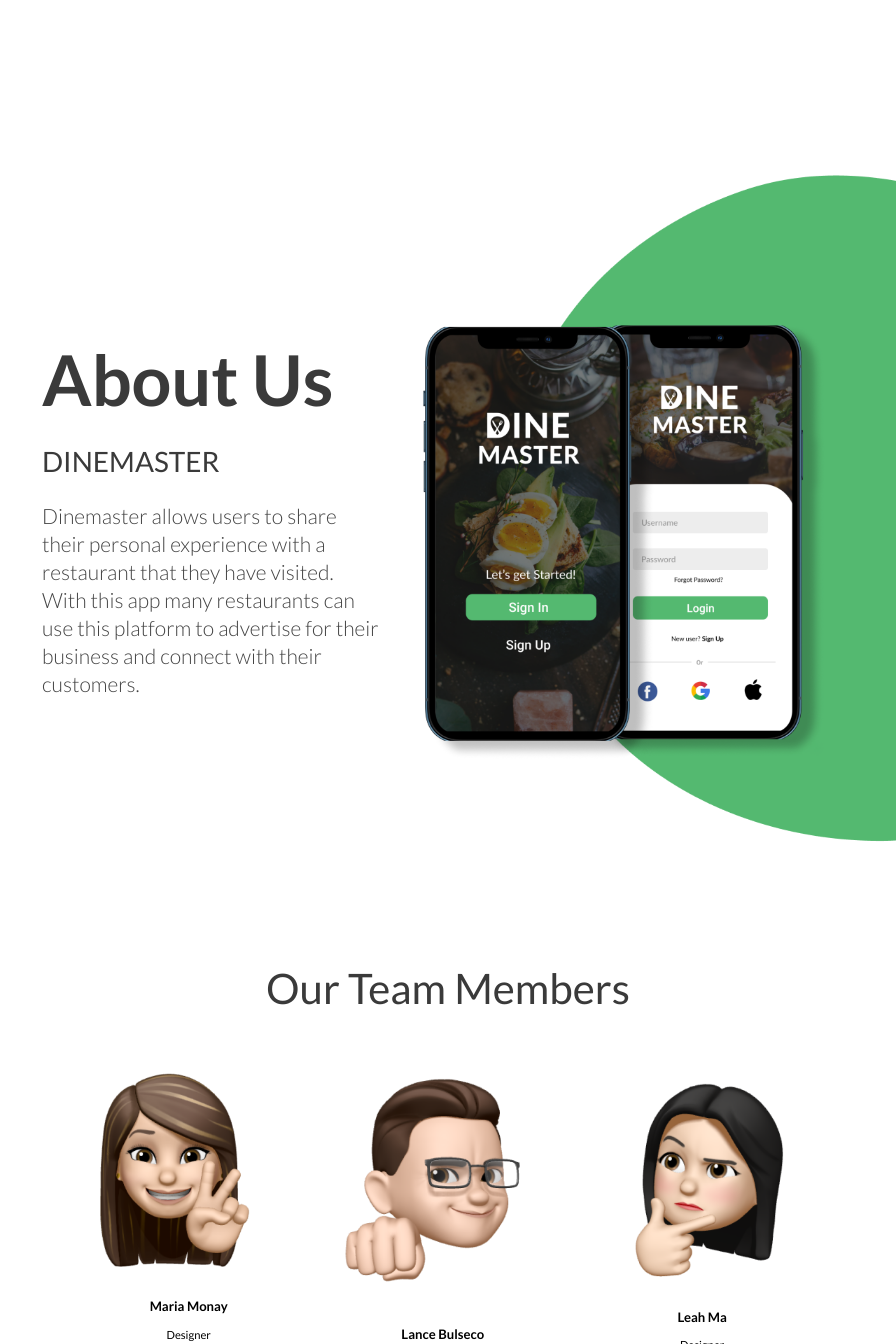
Repository: leahma1208/dinemaster
Page: index.html
These files come from the project's save history. The page is drawn as it stood at one moment and after the next save; the edit follows.
The browser window is 1280 px wide. The pictures show the part of the page from y = 3083 to 5003 px (the page is 6703 px tall before and 6803 px after), at 70% of full size.
A picture or video elsewhere on the page could not be fetched, so the positions and the page height are approximate.

Above is the page before, as saved 2021-05-07 13:04:21.

After the next save:
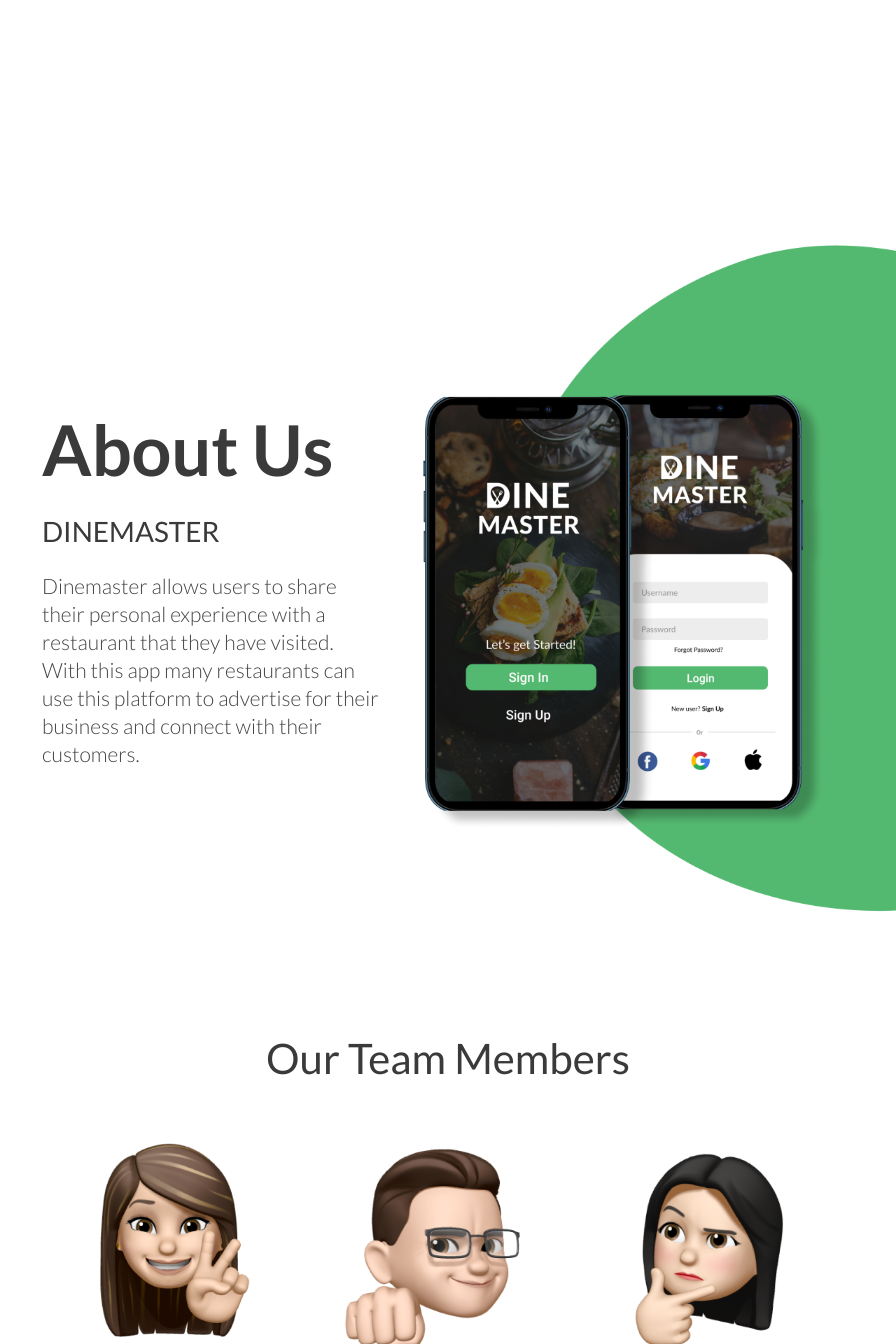
Saved 8 s later.
--- a/style.css
+++ b/style.css
@@ -96,7 +96,7 @@
   flex-direction: column;
   justify-content: center;
   align-items: center;
-  margin-bottom: 200px;
+  margin-bottom: 300px;
 }
 
 .down-cont {
